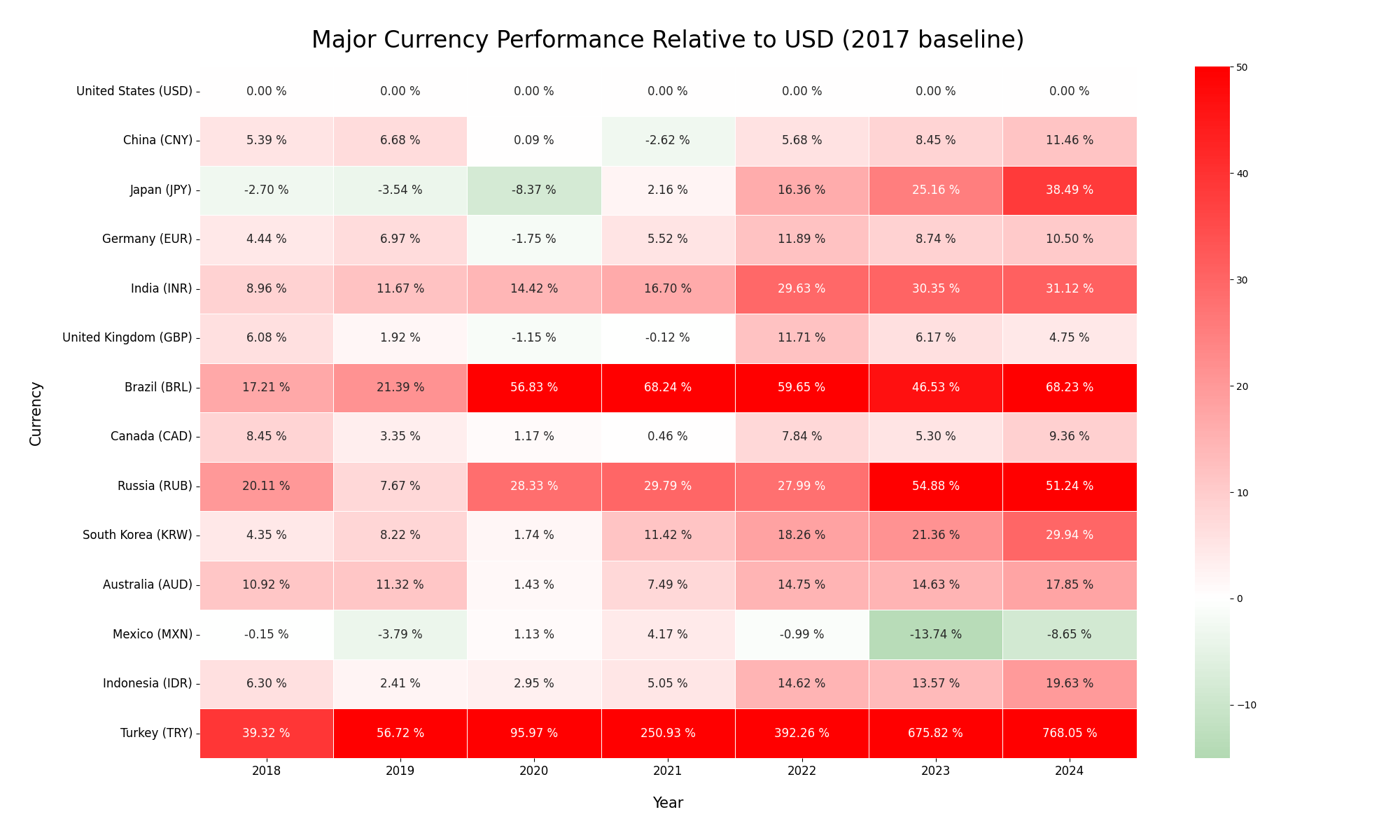
Repository: Lukeshirley/Global_Currencies_vs_USD
Script's output: python visualize_data.py
The author's editor kept a copy of each file at every save. The script's output is drawn from the files as they stood at one save, then again after the next save.
Figures wider than 1,400 px are first shrunk to that width. Random numbers start from a fixed seed.

Above is the script's output before, as saved 2024-07-23 09:17:41.

After the next save:
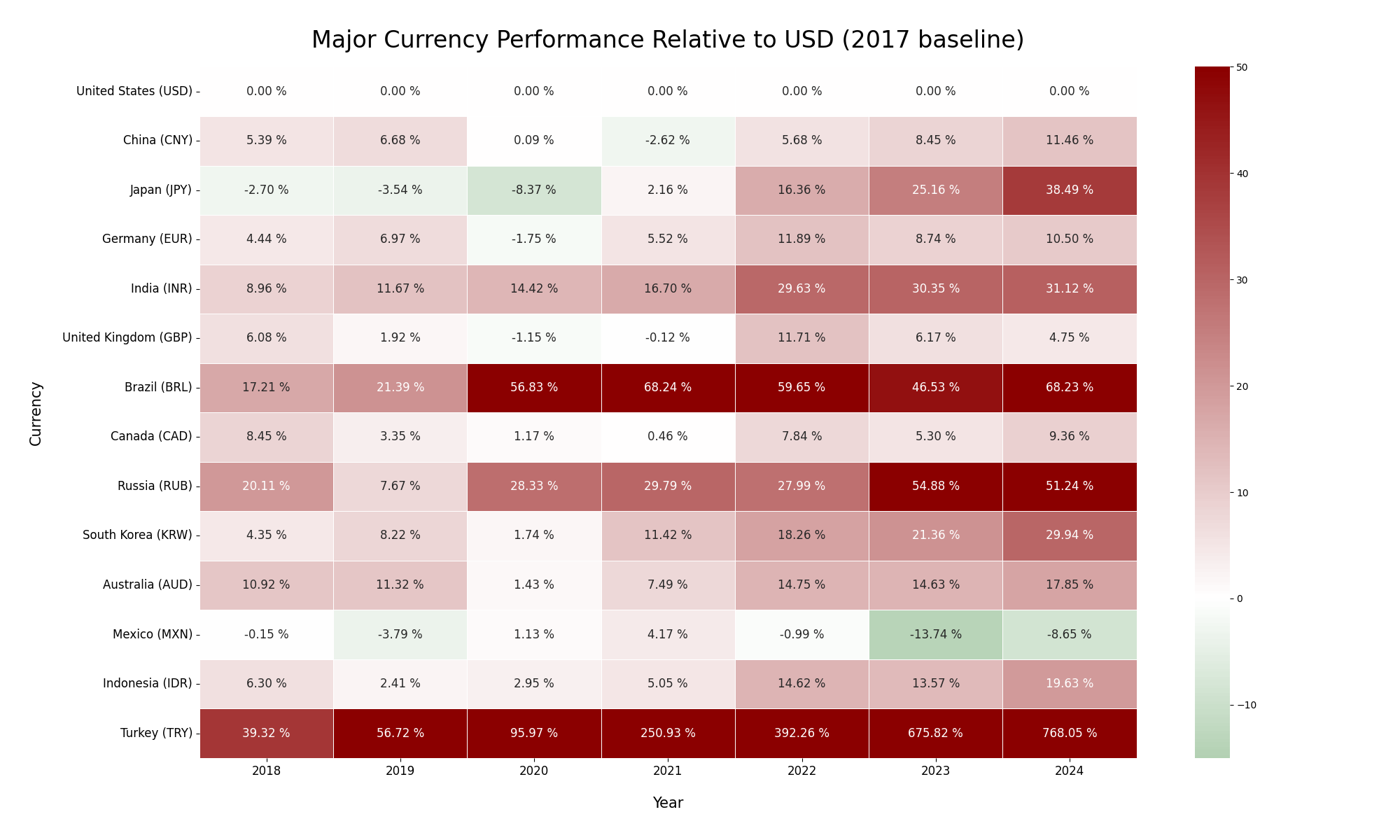
Saved 1 s later.
--- a/visualize_data.py
+++ b/visualize_data.py
@@ -48,8 +48,8 @@ def visualize_performance():
     # Convert the percentage values for heatmap visualization
     df_filtered_values = df_filtered.applymap(format_for_heatmap)
 
-    # Custom colormap
-    colors = [(0, 'green'), (0.5, 'white'), (1, 'red')]
+    # Custom colormap with clearer distinction
+    colors = [(0, 'darkgreen'), (0.5, 'white'), (1, 'darkred')]
     cmap = LinearSegmentedColormap.from_list('custom_red_green', colors, N=256)
 
     plt.figure(figsize=(20, 12))
